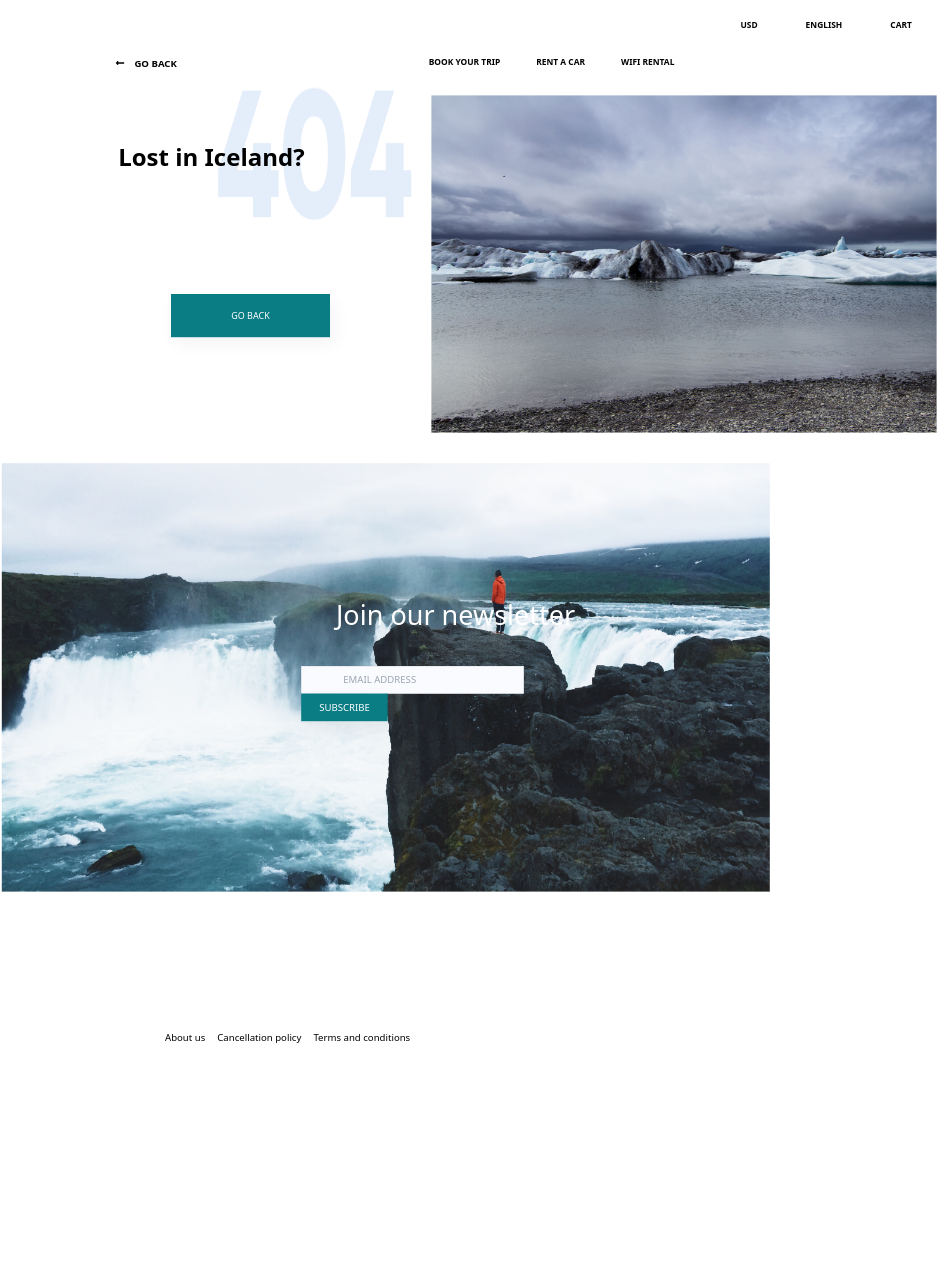
Repository: uh-sman/Iceland
Page: /
These files come from the project's save history. The page is drawn as it stood at one moment and after the next save; the edit follows.
The browser window is 1280 px wide. The page is 1561 px wide, so the pictures cover 1561 px, including what lies to the right of the window. The pictures show the whole page, at 60% of full size.
The project was rebuilt for these pictures with package versions that can differ from the ones it lists, and the page was loaded fresh each time.

Above is the page before, as saved 2022-09-09 12:10:16.

### src/App.js
import logo from "./logo.svg";
import "./App.css";
import { Topnav } from "./components/Topnav";
import { FullNav } from "./components/FullNav";
import { Body } from "./Body";
import { Footer } from "./components/Footer";

function App() {
  return (
    <div className="App">
      <FullNav />
      <Body />
      <Footer />
    </div>
  );
}

export default App;

### src/App.css
* {
  margin: 0;
  padding: 0;
  /* scroll-behavior: none; */
}
.custom {
  background: #097c84;
  box-shadow: 7px 10px 30px rgba(0, 0, 0, 0.05);
  line-height: 18.57px;
}
.search {
  padding: 10px 69px;
  background: #f9fbff;
  border: 1px solid #e1e3e9;
  outline: none;
}
.button {
  padding: 11px 30px;
  background: #097c84;
  box-shadow: 7px 10px 30px rgba(0, 0, 0, 0.05);
  /* background: #f9fbff; */
  /* border: 1px solid #e1e3e9; */
}
.footer {
  background: #f0f4fa;
  /* transform: matrix(1, 0, 0, -1, 0, 0); */
}

### src/components/Topnav.js
import React from "react";

export const Topnav = () => {
  return (
    <div className="container w-full py-[31px]">
      <nav className="absolute left-[1234px]">
        <ul className="space-x-20 text-sm font-semibold">
          <a href="">USD</a>
          <a href="">ENGLISH</a>
          <a href="">CART</a>
        </ul>
      </nav>
    </div>
  );
};

### src/components/FullNav.jsx
import React from "react";
import { Bottomnav } from "./Bottomnav";
import { Hero } from "./Hero";
import { Newsletter } from "./Newsletter";
import { Topnav } from "./Topnav";

export const FullNav = () => {
  return (
    <div>
      <Topnav />
      <Bottomnav />
      <Hero />
      <div className="h-[51px]">{/* <Newsletter /> */}</div>
    </div>
  );
};

### src/Body.js
import React from "react";
import { Newsletter } from "./components/Newsletter";

export const Body = () => {
  return (
    <div>
      <Newsletter />
    </div>
  );
};

### src/components/Footer.js
import React from "react";

export const Footer = () => {
  return (
    <div>
      <div className="absolute w-[1440px] h-[408px] left-[3px] top-[1717px] you">
        <div>
          <ul className="flex gap-[20px] left-[272px] absolute">
            <li>About us</li>
            <li>Cancellation policy</li>
            <li>Terms and conditions</li>
          </ul>
        </div>
      </div>
    </div>
  );
};

### src/components/Bottomnav.js
import React from "react";
import { FaLongArrowAltLeft } from "react-icons/fa";
export const Bottomnav = () => {
  return (
    <nav className="container w-full">
      <div className="py-[31px]">
        <div className="container">
          <h1 className="flex items-center gap-4 absolute left-[192px]">
            <FaLongArrowAltLeft />
            <a className=" cursor-pointer font-semibold text-md">GO BACK</a>
          </h1>
        </div>
        <div className="container">
          <div className="absolute right-[156px]">
            <ul className="space-x-[60px] text-sm font-semibold cursor-pointer">
              <a>BOOK YOUR TRIP</a>
              <a>RENT A CAR</a>
              <a>WIFI RENTAL</a>
            </ul>
          </div>
        </div>
      </div>
    </nav>
  );
};

### src/components/Hero.js
import React from "react";
import four from "../Assets/404.png";
import img from "../Assets/404 background 1.png";
import { Button } from "./Button";
export const Hero = () => {
  return (
    <div>
      <div className="container">
        <img
          src={four}
          className="absolute left-[363px] top-[146px] h-[221px] w-[323px]"
        />
      </div>
      <div className="container inset-3">
        <h1 className="font-semibold text-[40px] absolute left-[197px] top-[232px] ">
          Lost in Iceland?
        </h1>
      </div>
      <div className="container">
        <img
          src={img}
          className="absolute left-[719px] top-[159px] w-[842px] h-[562px]"
        />
      </div>
      <Button />
    </div>
  );
};

### src/components/Newsletter.js
import React from "react";
import adventure from "../Assets/adventure-makes-things-meaningful_t20_Vo0aX3 1.png";
export const Newsletter = () => {
  return (
    <div>
      <div className="container bg-[#f0f4fa] h-full">
        <img
          // w-[1440px]
          src={adventure}
          className="absolute h-[714px] left-[3px]
          top-[772px] w-full"
        />
        <div className="container">
          <h1 className="text-[45px] font-[600px] absolute top-[990px] left-[560px] text-white">
            Join our newsletter
          </h1>
        </div>
        <div className="container w-full">
          <div className="absolute top-[1110px] w-[499px] h-[57px] left-[502px] box-border">
            <input
              placeholder="EMAIL ADDRESS"
              type="email"
              className="search"
            />
            <button className="button text-white">SUBSCRIBE</button>
          </div>
        </div>
      </div>
    </div>
  );
};

### src/components/Button.js
import React from "react";

export const Button = () => {
  return (
    <div>
      <div>
        <button className="absolute w-[265px] h-[72px] left-[285px] top-[490px] custom font-[700px] text-white text-[15px]">
          GO BACK
        </button>
      </div>
    </div>
  );
};

### tailwind.config.js
/** @type {import('tailwindcss').Config} */
module.exports = {
  content: ["./src/**/*.{html,js,jsx}"],
  theme: {
    screens: {
      sm: "480px",
      md: "768px",
      lg: "976px",
      xl: "1440px",
    },
    extend: {},
  },
  plugins: [],
};

Loaded but not shown: public/index.html (common file); src/index.js (common file); src/index.css (common file)

After the next save:
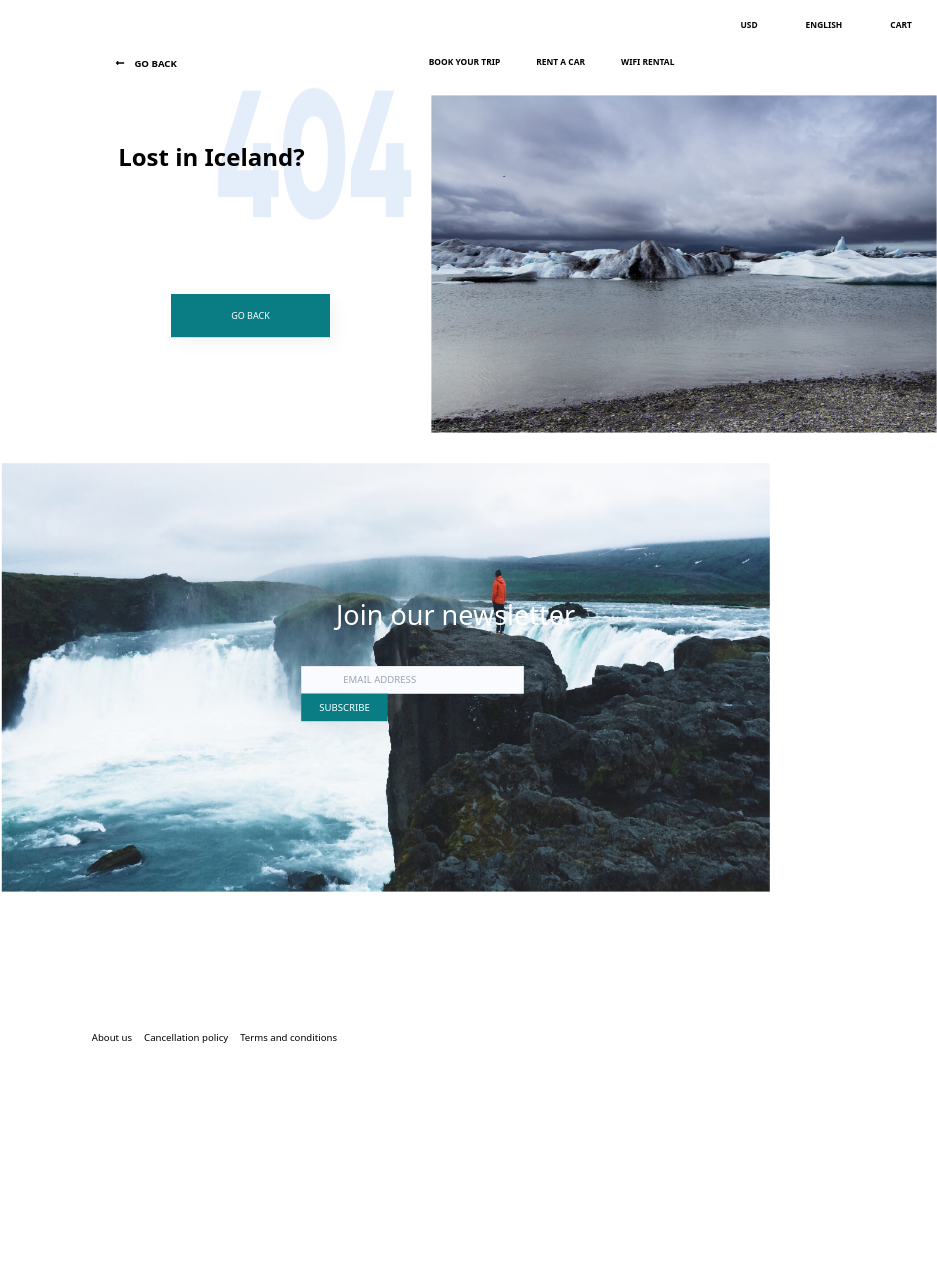
Saved 39 s later.
--- a/src/components/Footer.js
+++ b/src/components/Footer.js
@@ -5,7 +5,7 @@ export const Footer = () => {
     <div>
       <div className="absolute w-[1440px] h-[408px] left-[3px] top-[1717px] you">
         <div>
-          <ul className="flex gap-[20px] left-[272px] absolute">
+          <ul className="flex gap-[20px] left-[150px] absolute">
             <li>About us</li>
             <li>Cancellation policy</li>
             <li>Terms and conditions</li>
